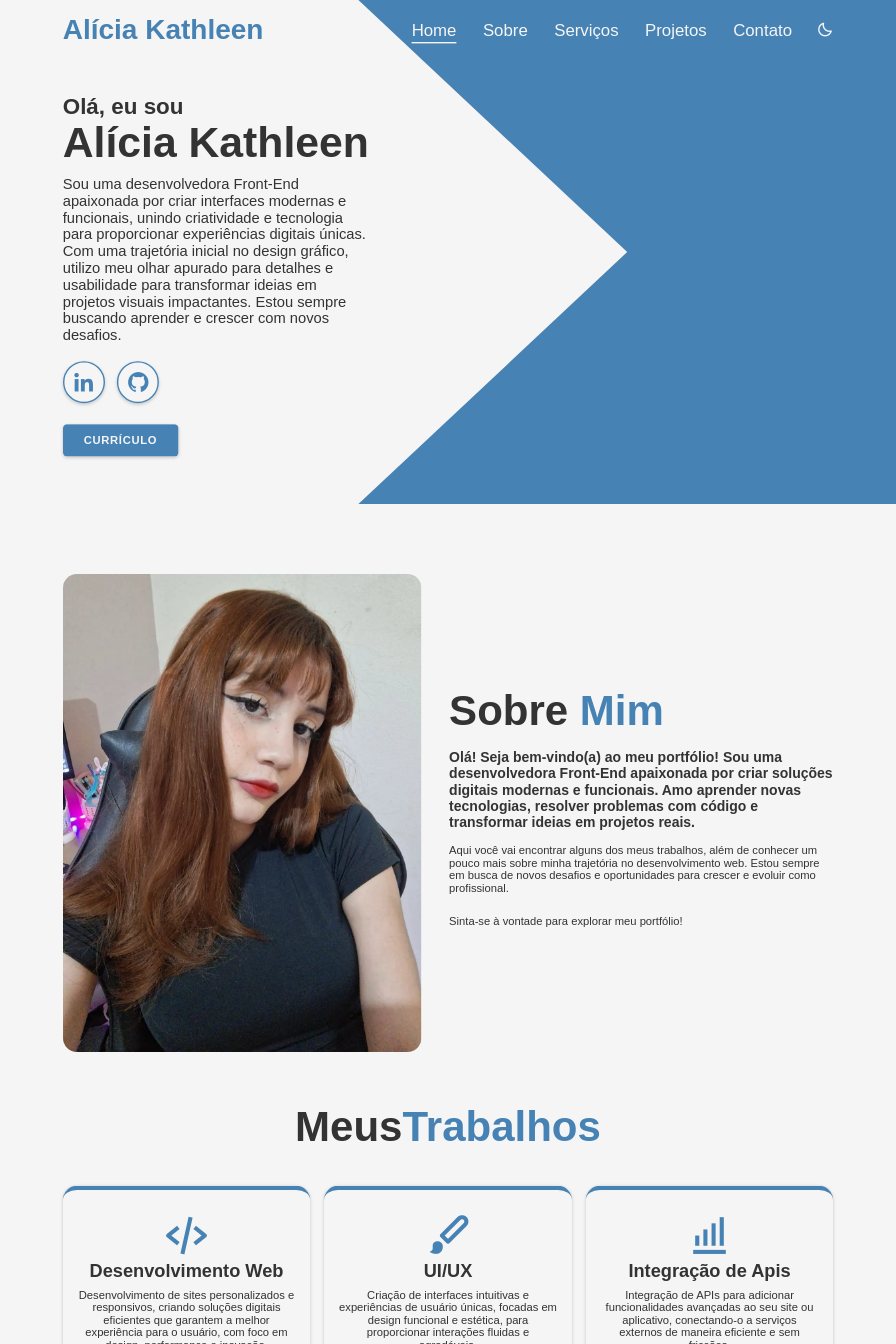
Repository: AliciaKathleen/portfolio-2025
Page: index.html
These files come from the project's save history. The page is drawn as it stood at one moment and after the next save; the edit follows.
The browser window is 1280 px wide. The pictures show the part of the page from y = 0 to 1920 px (the page is 3946 px tall), at 70% of full size.

Above is the page before, as saved 2025-01-27 17:04:00.
Console error: TypeError: Cannot read properties of null (reading 'classList')

After the next save:
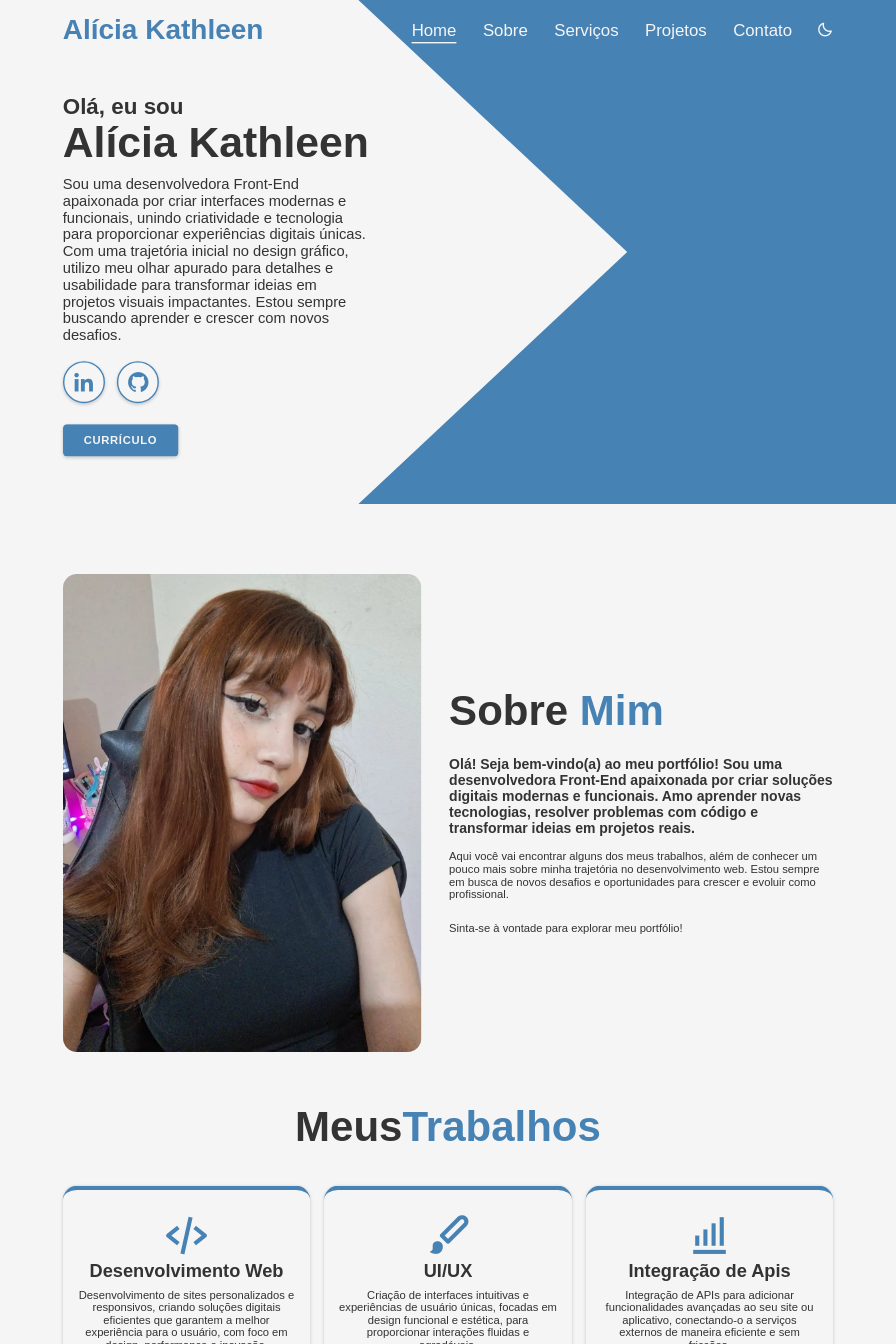
Saved 12 s later.
--- a/style.css
+++ b/style.css
@@ -282,7 +282,7 @@ span {
 .about-content h2 {
     margin-top: 1rem;
     text-align: left;
-    line-height: 1.2;
+    line-height: 1.5;
 }
 
 .about-content h3 {
